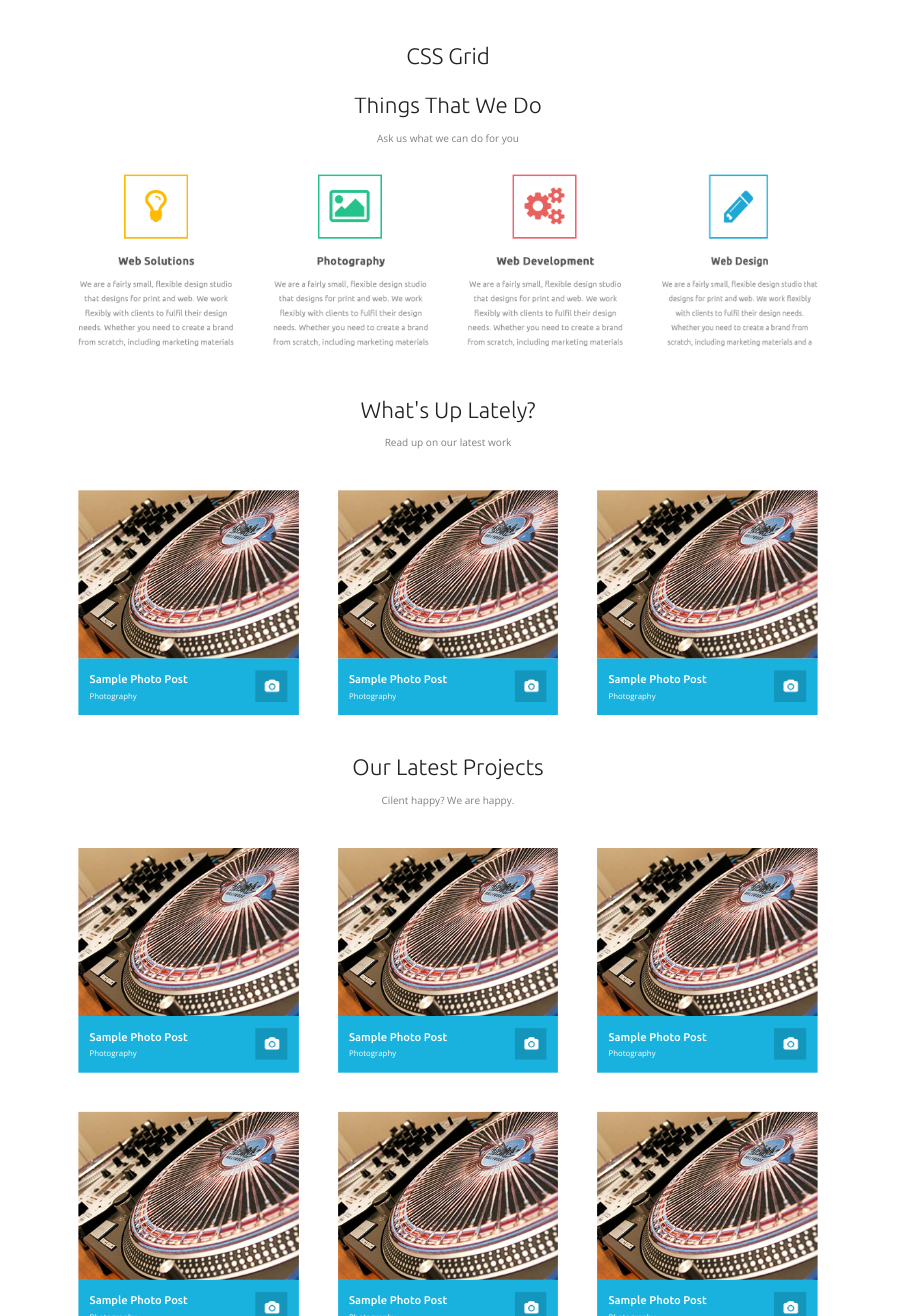
Repository: justinweiyungwu/week4project1v2
Page: cssgrid/index.html
These files come from the project's save history. The page is drawn as it stood at one moment and after the next save; the edit follows.
The browser window is 1280 px wide. The page is 1296 px wide, so the pictures cover 1296 px, including what lies to the right of the window. The pictures show the part of the page from y = 328 to 2208 px (the page is 11711 px tall before and 11932 px after), at 70% of full size.

Above is the page before, as saved 2023-02-06 14:16:16.

After the next save:
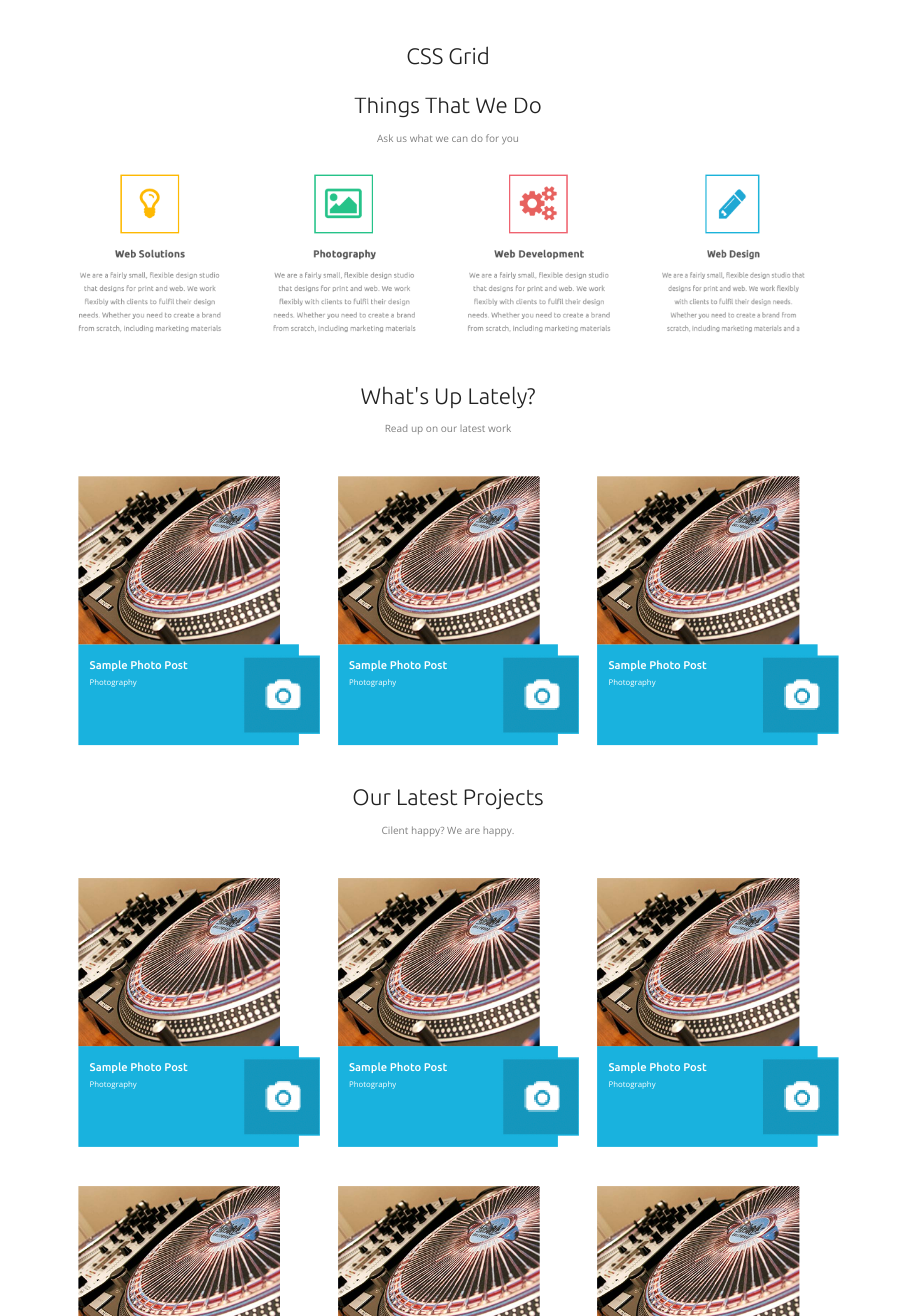
Saved 17 s later.
--- a/cssgrid/css/main.css
+++ b/cssgrid/css/main.css
@@ -93,6 +93,7 @@
 margin-top: 1rem;
 }
 
+.plus-icons
 img {
     width: 100%;
 }

After the 3 saves that followed:
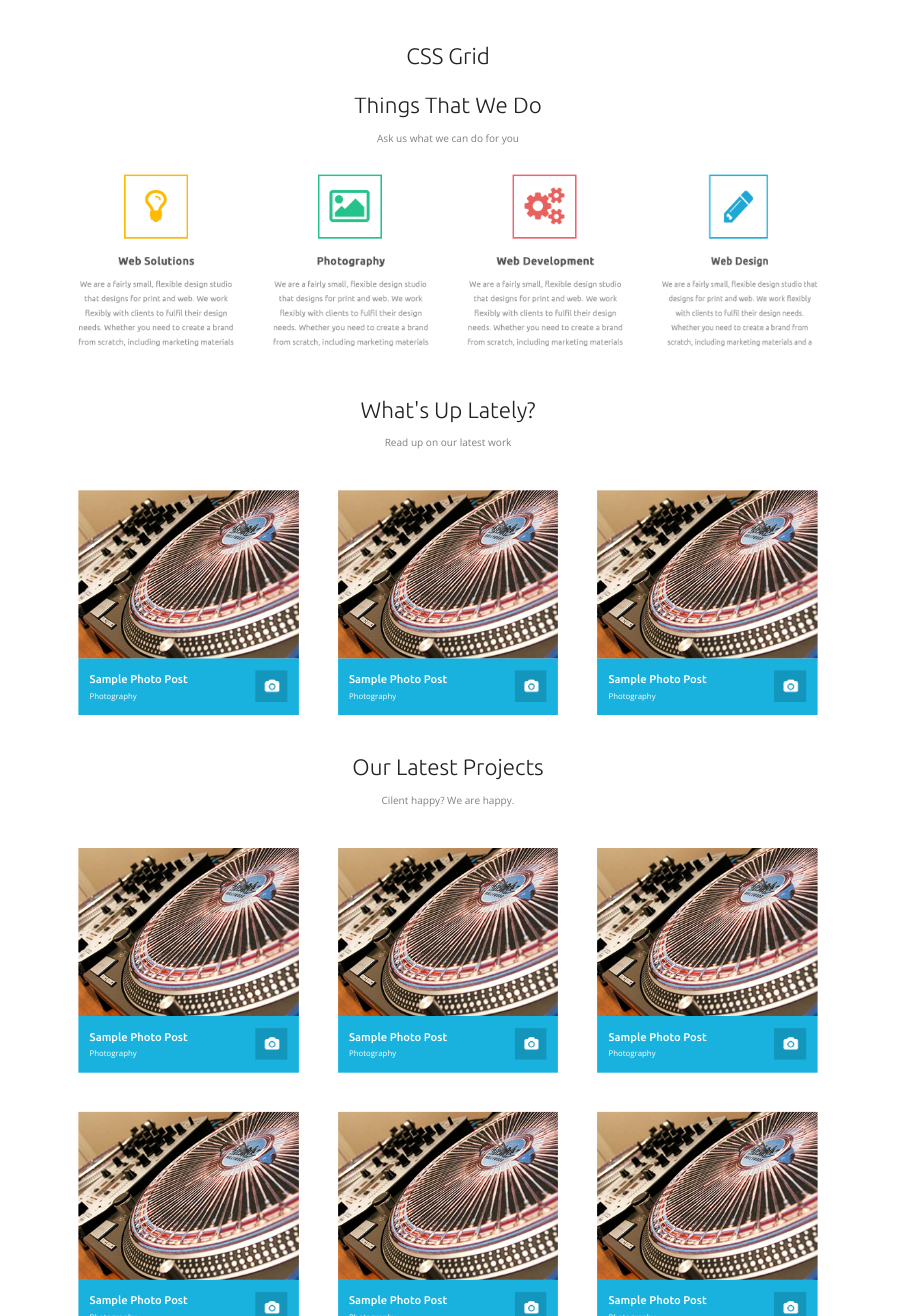
The 3 saves are shown as one change because they came seconds apart.
The last was saved 28 s later.
--- a/cssgrid/css/main.css
+++ b/cssgrid/css/main.css
@@ -93,7 +93,14 @@
 margin-top: 1rem;
 }
 
-.plus-icons
+.plus-icons{
+    display: grid;
+    width: 5rem;
+    margin-left: 10rem;
+    max-width: 30rem;
+    margin-top: 1rem;
+  }
+
 img {
     width: 100%;
 }
